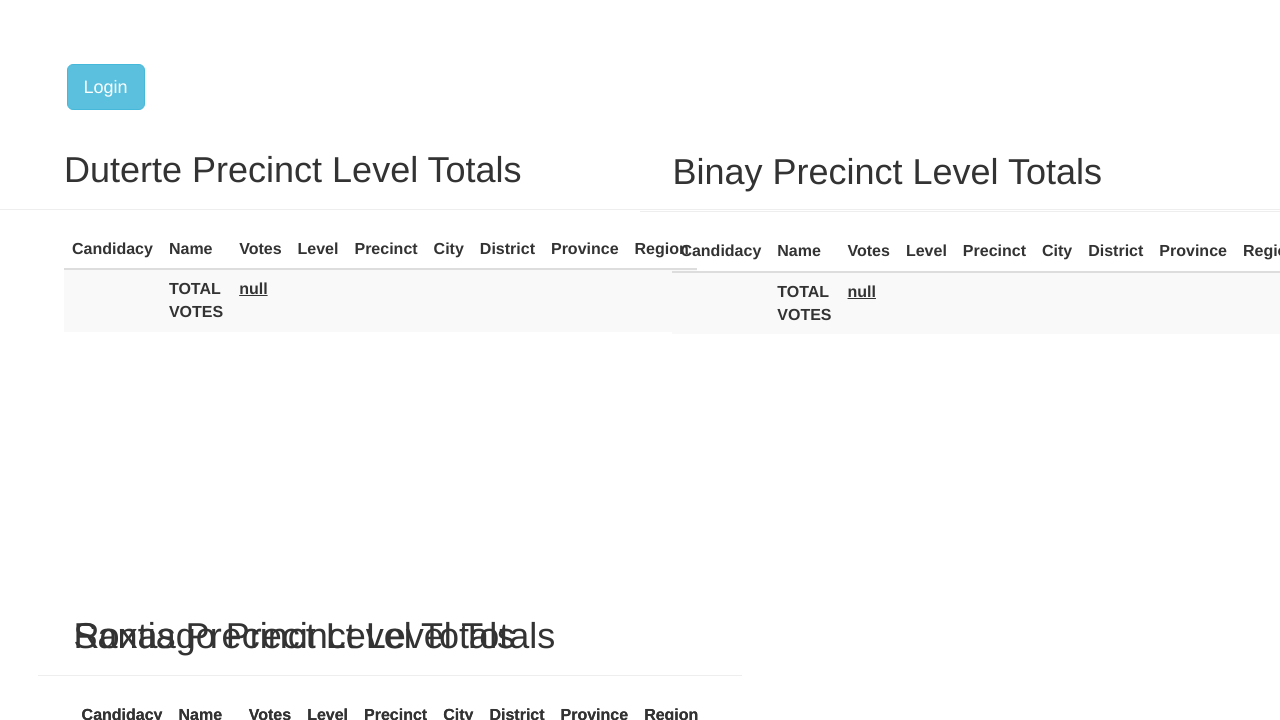
Repository: acbalutan/softdev-cencas-team_apink
Page: http://localhost/AES/index.jsp
These files come from the project's save history. The page is drawn as it stood at one moment and after the next save; the edit follows.
The browser window is 1280 px wide. The pictures show the whole page.
The page is served by Tomcat 9. Queries for data that is not in the repository find no rows.

Above is the page before, as saved 2016-02-26 11:17:46.
Console error (its wording comes from the project's code and is left out).

After the next save:
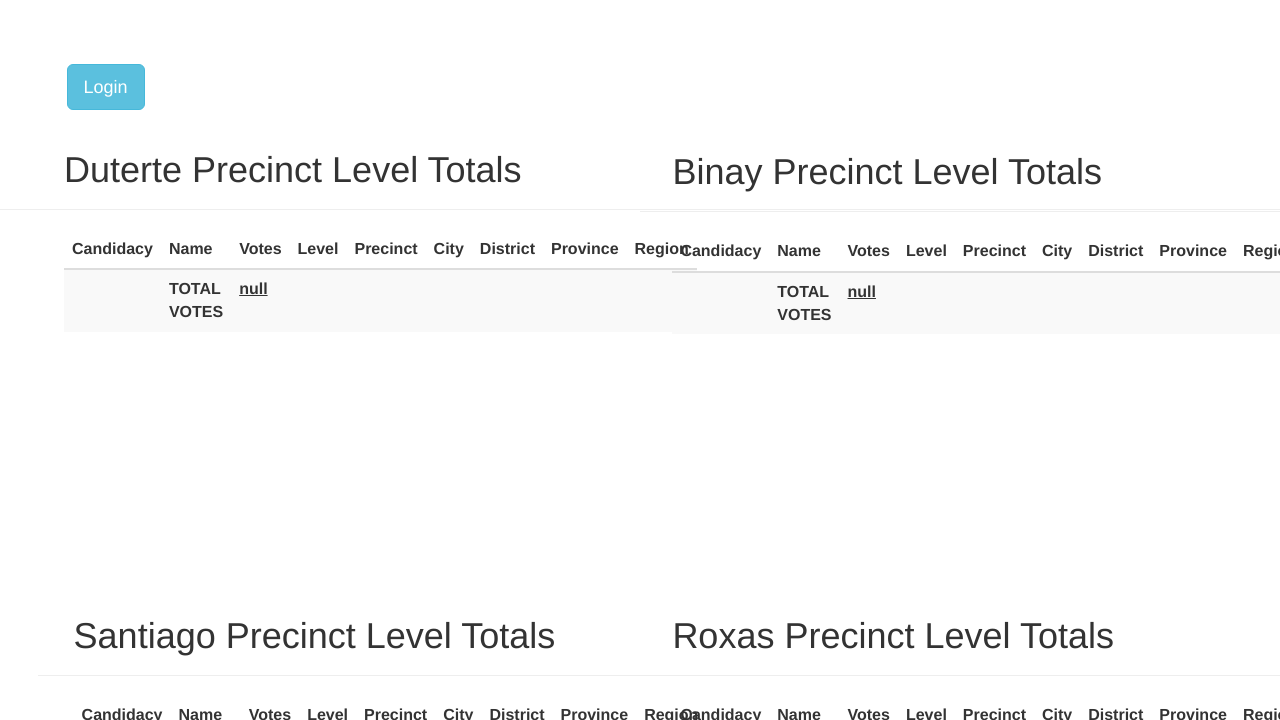
Saved 15 s later.
--- a/workspace/AES/WebContent/index.jsp
+++ b/workspace/AES/WebContent/index.jsp
@@ -197,7 +197,7 @@
 	</div>
 </div>
 
-<div style="position: absolute; top: 80%; left: 3%;">
+<div style="position: absolute; top: 80%; left: 50%;">
 	<div class="page-header" style="padding-left: 5%;">
 		<h1>Roxas Precinct Level Totals</h1>
 	</div>
